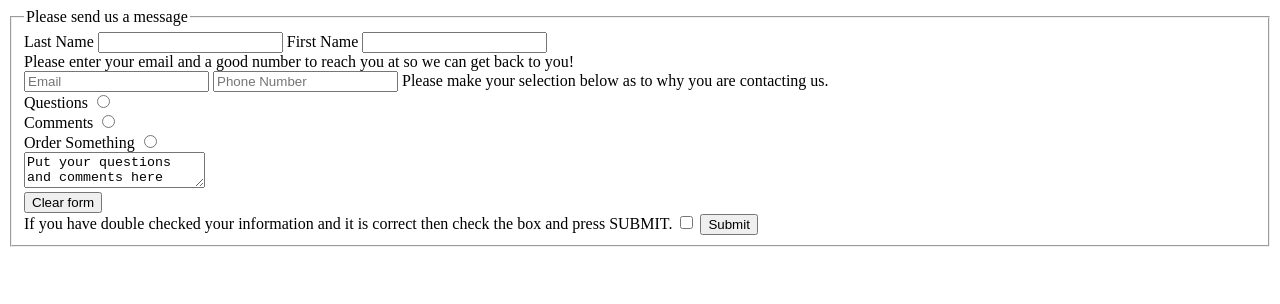
Repository: nsisk1/web-page-project
Page: contact-us.html
The author's editor kept a copy of each file at every save. The page is drawn from the files as they stood at one save, then again after a run of saves.
The browser window is 1280 px wide. The pictures show the whole page.

Above is the page before, as saved 2024-07-14 10:15:02.

After the next 2 saves:
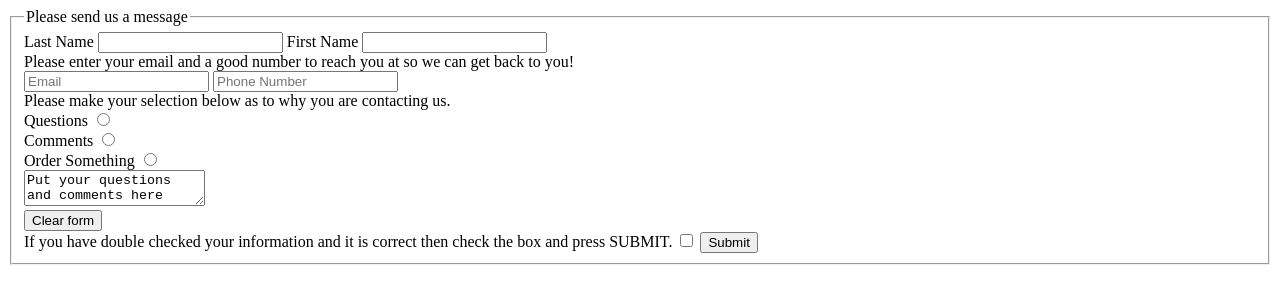
The 2 saves are shown as one change because they came seconds apart.
The last was saved 9 s later.
--- a/contact-us.html
+++ b/contact-us.html
@@ -19,7 +19,7 @@
                 Please enter your email and a good number to reach you at so we can get back to you!
                 <br>
                 <input type="text" name="email" placeholder="Email" required>
-                <input type="text" name="phone" placeholder="Phone Number"
+                <input type="text" name="phone" placeholder="Phone Number" required>
                 <br>
                 Please make your selection below as to why you are contacting us.
                 <br>
